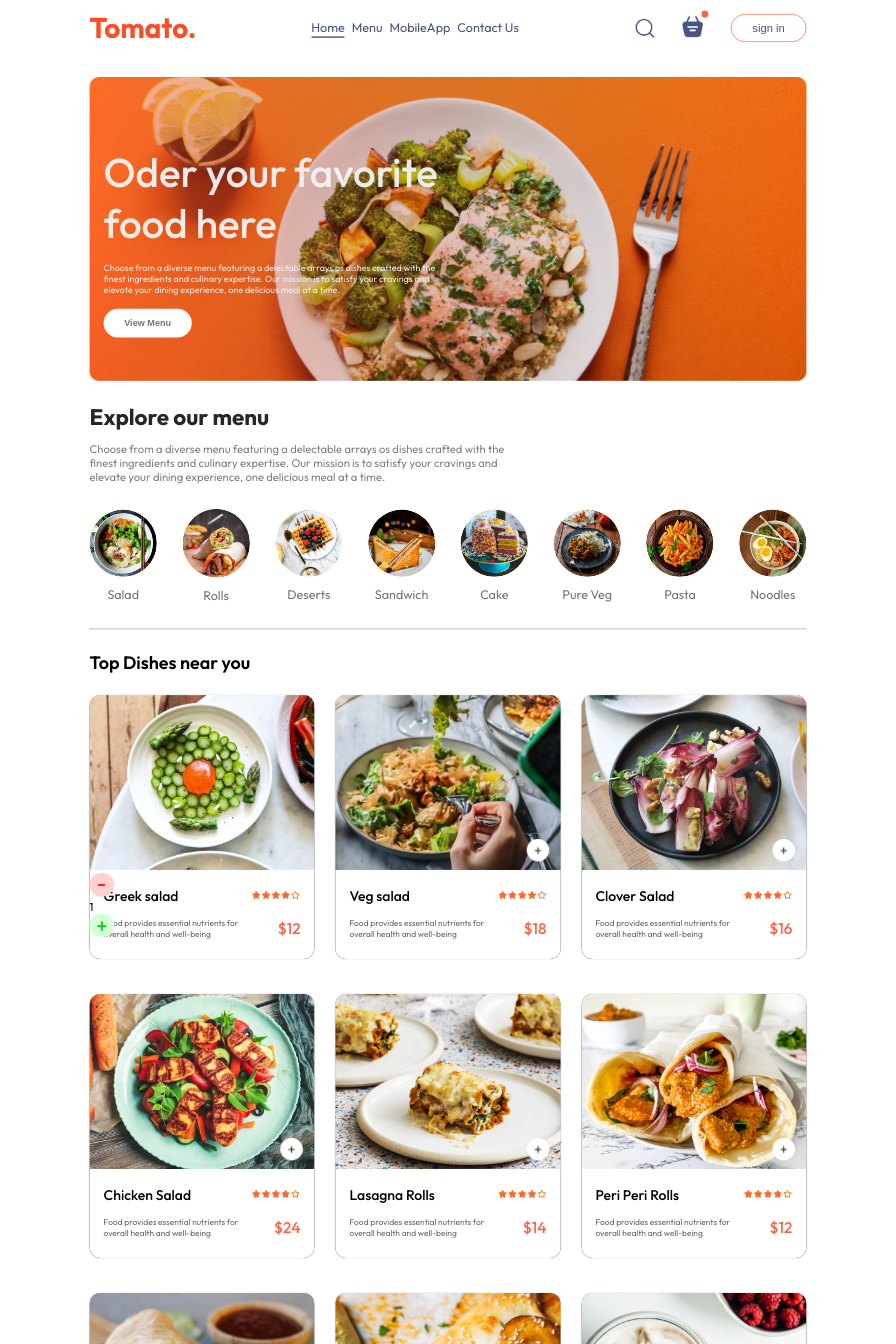
Repository: guilhermecardoso93/tomato-front-end
Page: /, after clicking the first element matching `img.add`
These files come from the project's save history. The page is drawn as it stood at one moment and after the next save; the edit follows.
The browser window is 1280 px wide. The pictures show the part of the page from y = 0 to 1920 px (the page is 5639 px tall), at 70% of full size.
The project was rebuilt for these pictures with package versions that can differ from the ones it lists, and the page was loaded fresh each time. Also part of the build but not shown: vite.config.js, src/pages/Cart/styles.css, src/pages/Cart/index.jsx, src/pages/PlaceOrder/styles.css, src/pages/PlaceOrder/index.jsx.

Above is the page before, as saved 2024-10-30 19:52:23.

After the next save:
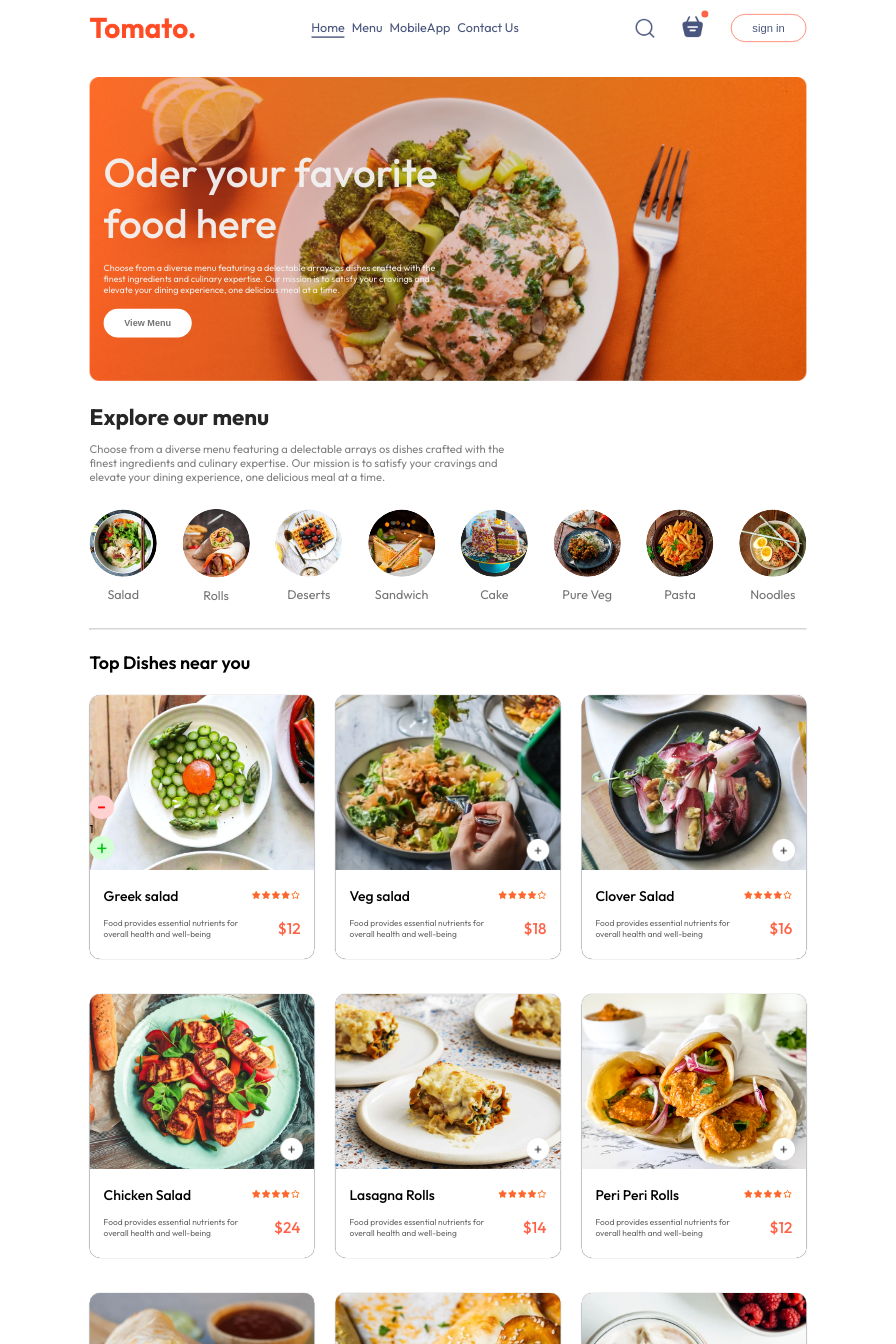
Saved 14 s later.
--- a/src/components/FoodItem/styles.css
+++ b/src/components/FoodItem/styles.css
@@ -26,9 +26,8 @@
 }
 
 .food-item-counter {
- position: absolute;
-  justify-content: center;
-  align-items: center;
+  position: absolute;
+  bottom: 15px;
 }
 
 .food-item-info {
